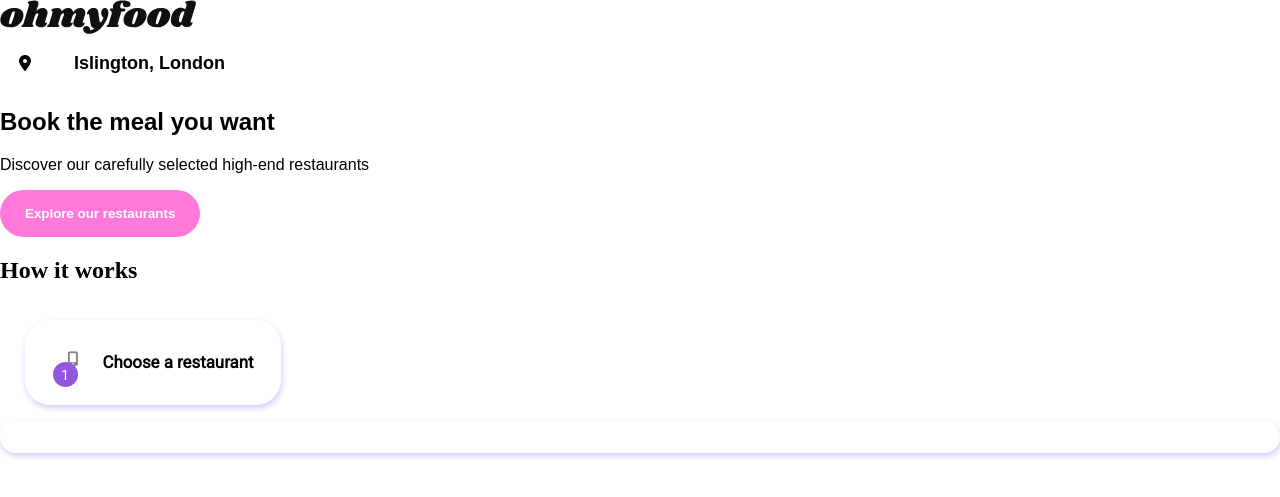
Repository: R1ptou/Project-3
Page: index.html
These files come from the project's save history. The page is drawn as it stood at one moment and after the next save; the edit follows.
The browser window is 1280 px wide. The pictures show the whole page.
Some web fonts or font styles are not loaded; a fallback is used. The style sheet was rebuilt from its Sass, Less or Tailwind sources for each picture, by a compiler version that may differ from the author's.

Above is the page before, as saved 2024-02-10 11:57:50.

After the next save:
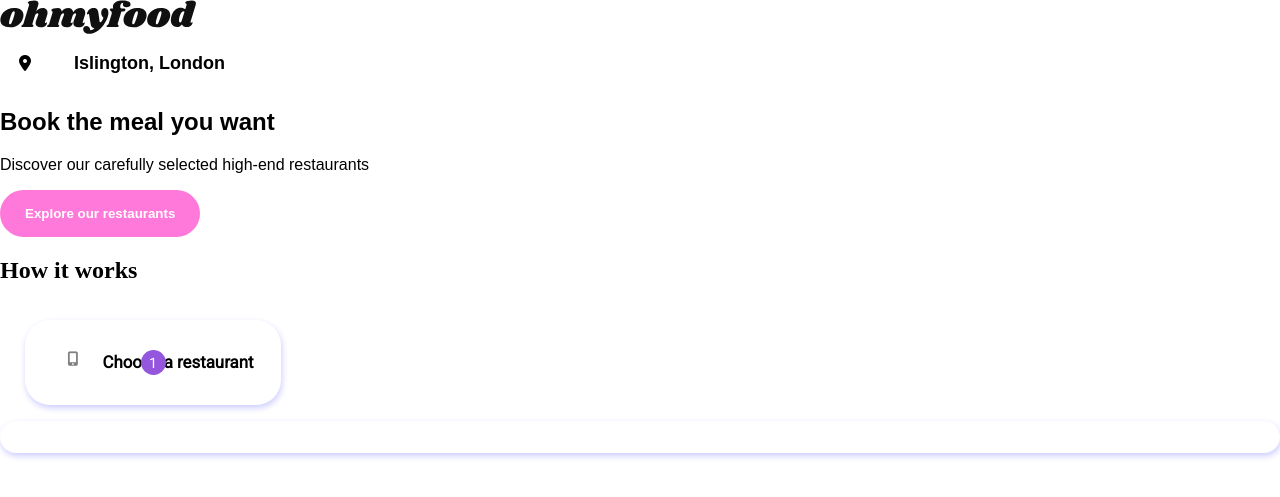
Saved 111 s later.
--- a/index.html
+++ b/index.html
@@ -37,7 +37,7 @@
         <h2>How it works</h2>
         <div class="card-group">
         <a href="#" class="card">
-            <div><i class="icon-no"> 1 </i></div>
+            <i class="icon-no"> 1 </i>
             <div class="icon-pic"><i class="fa-solid fa-mobile-screen-button"></i></div>
             <div class="card-text">
                 <h3>Choose a restaurant</h3>
